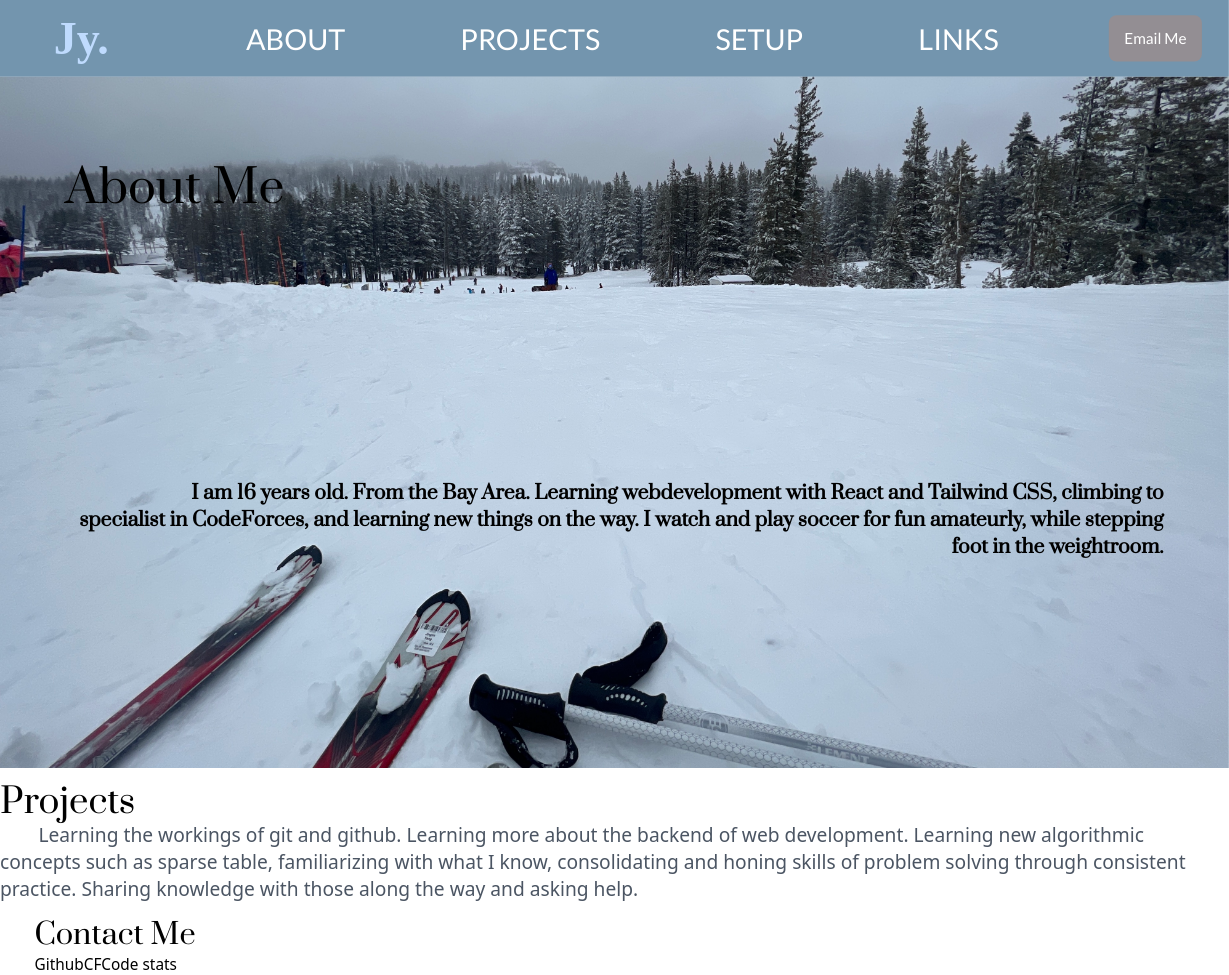
Repository: joshuayanggithub/joshua-yang-website
Page: /
The author's editor kept a copy of each file at every save. The page is drawn from the files as they stood at one save, then again after the next save.
The browser window is 1280 px wide. The pictures show the whole page, at 96% of full size.
Some web fonts or font styles are not loaded; a fallback is used. The project was rebuilt for these pictures with package versions that can differ from the ones it lists, and the page was loaded fresh each time.

Above is the page before, as saved 2023-01-08 03:09:42.

After the next save:
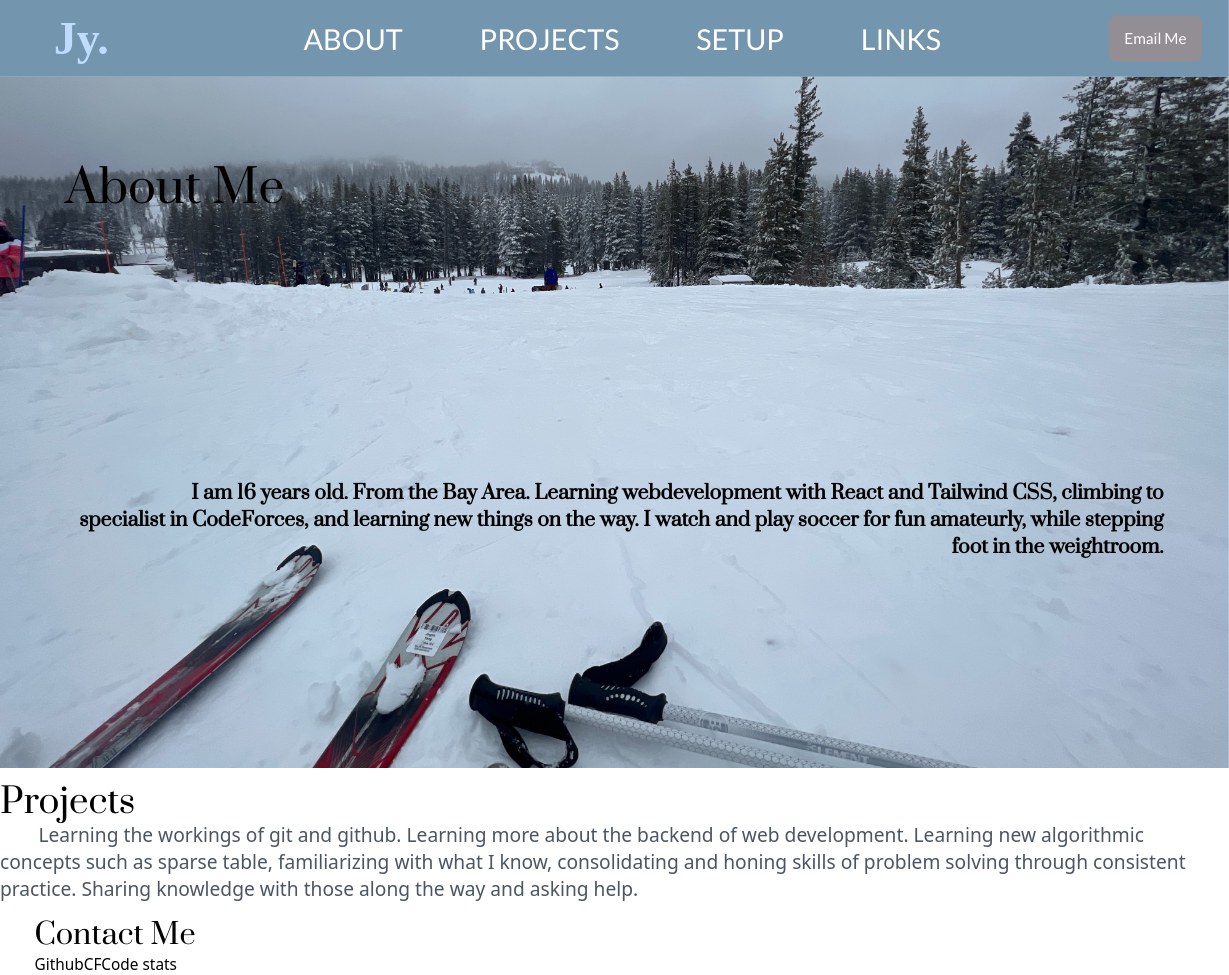
Saved 5 s later.
--- a/src/components/NavBar.jsx
+++ b/src/components/NavBar.jsx
@@ -32,7 +32,7 @@ const NavBar = () => {
 
       <div class={!nav ? 'hidden' : "hidden md:flex items-center justify-between w-full"}>
         <h1 class="font-cursive text-5xl font-bold text-blue-200 m-10">Jy.</h1>
-        <ul class="hidden md:flex gap-20 ">
+        <ul class="hidden md:flex gap-10 ">
           {
             links.map((link) =>
               <li key={link.id} class="">
